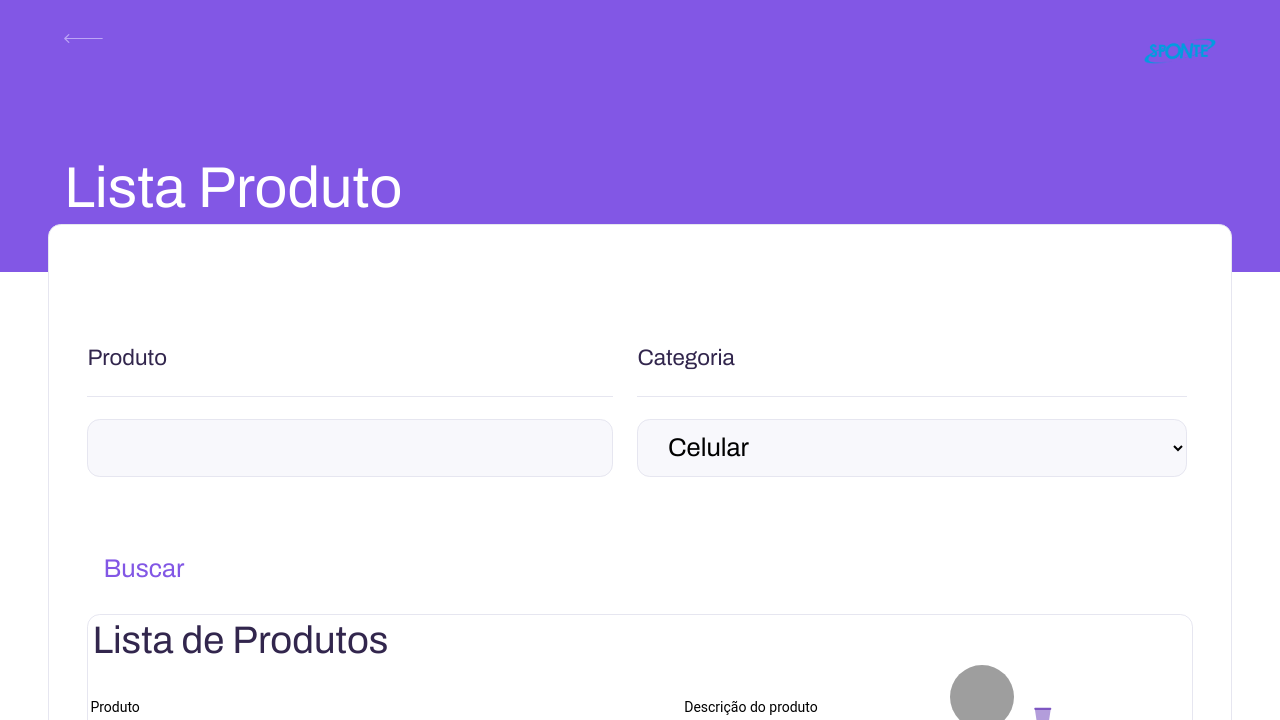
Repository: Henrique-Hoi-Dev/avalia-o-front-end
Page: /list (app in web/)
These files come from the project's save history. The page is drawn as it stood at one moment and after the next save; the edit follows.
The browser window is 1280 px wide. The pictures show the whole page.
Pictures or frames that could not be fetched are drawn as grey boxes. An inner scrolling area shows only its first screen. The project was rebuilt for these pictures with package versions that can differ from the ones it lists, and the page was loaded fresh each time. Also part of the build but not shown: web/src/pages/Home/styles.js, web/src/pages/Home/index.js, web/src/services/api.js, web/src/pages/RegistrationProduct/styles.js, web/src/components/HeaderRecord/styles.js, web/src/components/HeaderRecord/index.js, web/src/pages/RegistrationProduct/Avatarinput/styles.js, web/src/pages/RegistrationProduct/Avatarinput/index.js and 1 more.

Above is the page before, as saved 2020-09-02 21:47:41.

After the next save:
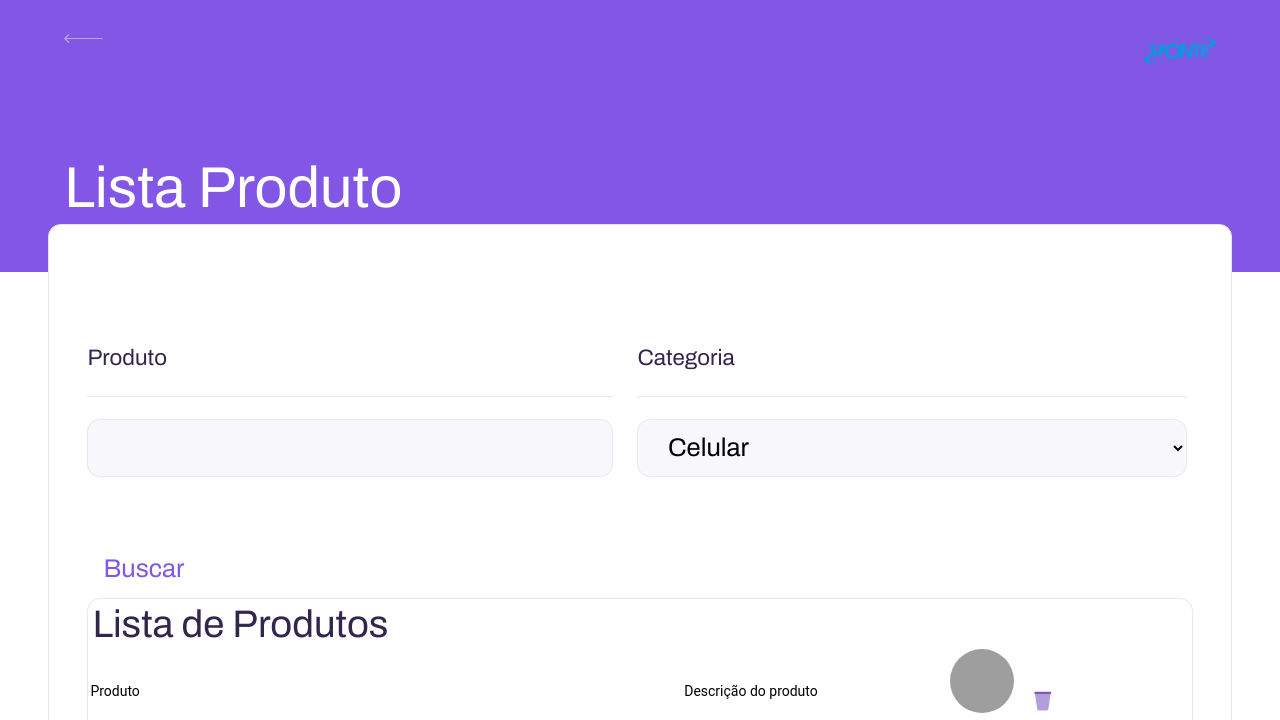
Saved 10 s later.
--- a/web/src/pages/ListProduct/styles.js
+++ b/web/src/pages/ListProduct/styles.js
@@ -75,7 +75,6 @@ export const Container = styled.div`
     background: var(--color-box-base);
     border: 1px solid var(--color-line-in-white);
     border-radius: 0.8rem;
-    margin-top: 1rem;
 
     thead {
       font: 700 2.4rem Archivo;
